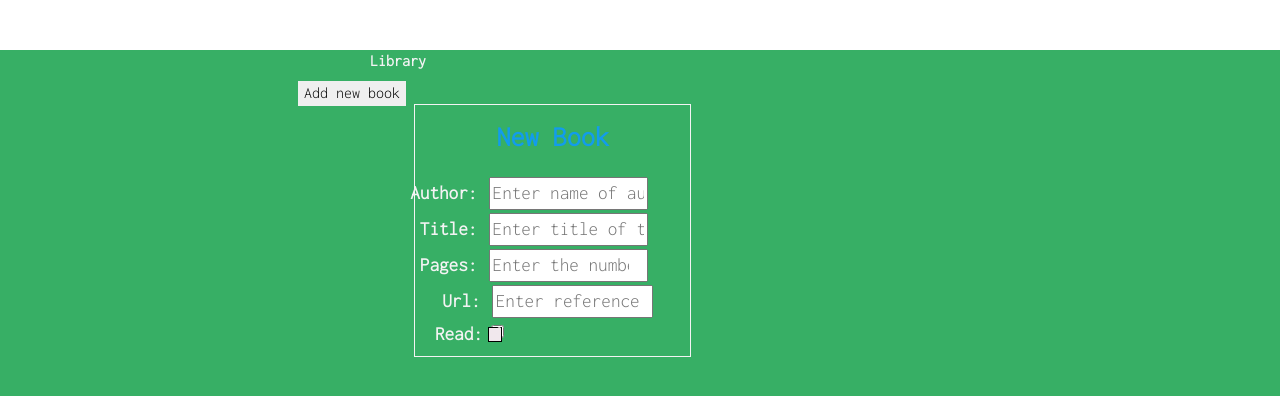
Repository: 0101chaitanya/Library
Page: index.html
These files come from the project's save history. The page is drawn as it stood at one moment and after the next save; the edit follows.
The browser window is 1280 px wide. The pictures show the whole page.

Above is the page before, as saved 2021-06-03 17:55:32.

### index.html
<!DOCTYPE html>
<html>

<head>
    <meta charset="UTF-8">
    <link rel="stylesheet" type="text/css" href="styles.css">

</head>
<div id="container">

</div>

<body>
    <script type="text/javascript" src="script.js"></script>

</body>

</html>

### styles.css
  @import url('https://fonts.googleapis.com/css2?family=Inconsolata:wght@300&display=swap');
   :root {
      --color-white: #f3f3f3;
      --color-darkblue-alpha: rgba(27, 27, 50, 0.8);
      --color-green: #37af65;
  }

  *,
  *::before,
  *::after {
      box-sizing: border-box;
  }

  body {
      font-family: 'Inconsolata', monospace;
      font-size: 1rem;
      font-weight: 1000;
      line-height: 1.4;
      color: var(--color-white);
      margin: 0;
  }

  body::before {
      content: '';
      position: fixed;
      height: 100%;
      width: 100%;
      z-index: -1;
      background: var(--color-green);
  }

  h1 {
      font-weight: 400;
      font-size: 4rem;
      margin-top: 0rem;
  }

  label {
      display: flex;
      align-items: center;
      font-size: 1.2rem;
  }

  input,
  button {
      margin: 0;
      font-size: inherit;
      font-family: inherit;
      line-height: inherit;
  }

  button {
      border: none;
  }

  #container {
      width: 100%;
      margin: 3.125rem auto 0 auto;
  }

  @media (min-width: 576px) {
      #container {
          max-width: 540px;
      }
  }

  @media (min-width: 576px) {
      #container {
          max-width: 540px;
      }
  }
  /*
  @media (max-width: 400px) {
       :root {
          font-size: 7px;
      }
  }

  @media (min-width: 401px) and (max-width: 799px) {
       :root {
          font-size: 16px;
      }
  }

  @media (min-width: 800px) {
       :root {
          font-size: 24px;
      }
  }

  @media (min-width: 1000px) {
       :root {
          font-size: 26px;
      }
  }
   */

  #newBookButton {
      position: relative;
      left: 20%;
      top: -2rem;
      left: -4.5rem;
  }

  form {
      font-size: 1.5rem;
      text-align: center;
      display: inline-flex;
      border: 0.01rem solid;
      position: relative;
      width: auto;
      top: 2rem;
      right: 4rem;
      flex-direction: column;
      align-items: center;
      justify-content: flex-start;
      text-align: flex-start;
  }

  h3 {
      position: relative;
      margin-left: 0;
      top: -1rem;
      color: rgb(18, 156, 236);
  }

  #author {
      position: relative;
      margin-bottom: 0.2rem;
      top: -1.5rem;
      left: -0.3rem;
      max-width: fit-content;
  }

  #title,
  #pages {
      position: relative;
      margin-bottom: 0.2rem;
      max-width: auto;
      top: -1.5rem;
  }

  #url {
      position: relative;
      margin-bottom: 0.2rem;
      left: 0.8rem;
      max-width: auto;
      top: -1.5rem;
  }

  #read {
      position: relative;
      margin-bottom: 0.2rem;
      right: 5.0rem;
      top: -1.5rem;
      margin-bottom: -1rem;
  }

  #authorInput {
      position: relative;
      right: -0.70rem;
      max-width: 58.0%;
  }

  #titleInput,
  #pagesInput {
      position: relative;
      right: -0.7rem;
      max-width: 60%;
  }

  #urlInput {
      position: relative;
      right: -0.7rem;
      max-width: 65.5%;
  }

  #readInput {
      position: relative;
      right: -0.5rem;
      margin-bottom: 0.4rem;
  }

  .checkMark {
      position: relative;
      display: inline-flex;
      justify-content: center;
      align-items: center;
      left: -0.5rem;
      height: 0.9rem;
      width: 0.9rem;
      border-color: black;
      border-style: solid;
      border-width: 0.01rem;
      color: rgb(241, 232, 237);
      background: rgb(241, 232, 237);
  }

  #readInput:checked~.checkMark {
      color: rgb(26, 28, 43);
      background: rgb(235, 225, 230);
  }

### script.js
let heading = document.createElement("header");
heading.textContent = 'Library';
container = document.getElementById("container");
container.appendChild(heading);
let newBook = document.createElement('button');
newBook.id = 'newBookButton';
newBook.textContent = 'Add new book';
container.appendChild(newBook);
let form = document.createElement('form');
h3 = document.createElement('h3');
form.appendChild(h3);

function createElmt(labelName, labelId, tipe, labelTextContent, inputId, inpId, req, place, checkMk) {
    labelName = document.createElement('label');
    labelName.textContent = labelTextContent;
    labelName.id = labelId;
    labelName.htmlFor = inputId;
    inputId = document.createElement('input');
    inputId.type = tipe;
    inputId.id = inpId;
    inputId.required = req;
    inputId.placeholder = place;
    if (inputId.type == 'text') {
        inputId.classList.add('textBox');
    }
    labelName.appendChild(inputId);
    if (checkMk == 'read') {
        let span = document.createElement('span');
        span.className = 'checkMark';
        span.innerHTML = '&#10003';


        labelName.appendChild(span);
    }
    form.appendChild(labelName);
}
h3.textContent = `New Book`;
createElmt('author', 'author', 'text', 'Author:', 'authorInput', 'authorInput', true, 'Enter name of author');
createElmt('title', 'title', 'text', 'Title:', 'titleInput', 'titleInput', true, 'Enter title of the book');
createElmt('pages', 'pages', 'number', 'Pages:', 'pagesInput', 'pagesInput', true, 'Enter the number of pages');
createElmt('url', 'url', 'text', 'Url:', 'urlInput', 'urlInput', false, 'Enter reference url');

createElmt('read', 'read', 'checkbox', 'Read:', 'readInput', 'readInput', false, null, 'read');
console.log('author'.id);

container.appendChild(form);
/*
let author = document.createElement('label');
author.textContent = 'Author :';
author.htmlFor = 'authorInput';
let authorInput = document.createElement('input');
authorInput.id = 'authorInput';
author.appendChild(authorInput);
document.body.appendChild(author);
 */


function setBookObj(author, title, pages, readStatus, refUrl) {
    this.author = author;
    this.title = title;
    this.pages = pages;
    this.readStatus = readStatus;
    this.refUrl = refUrl;
}

After the next save:
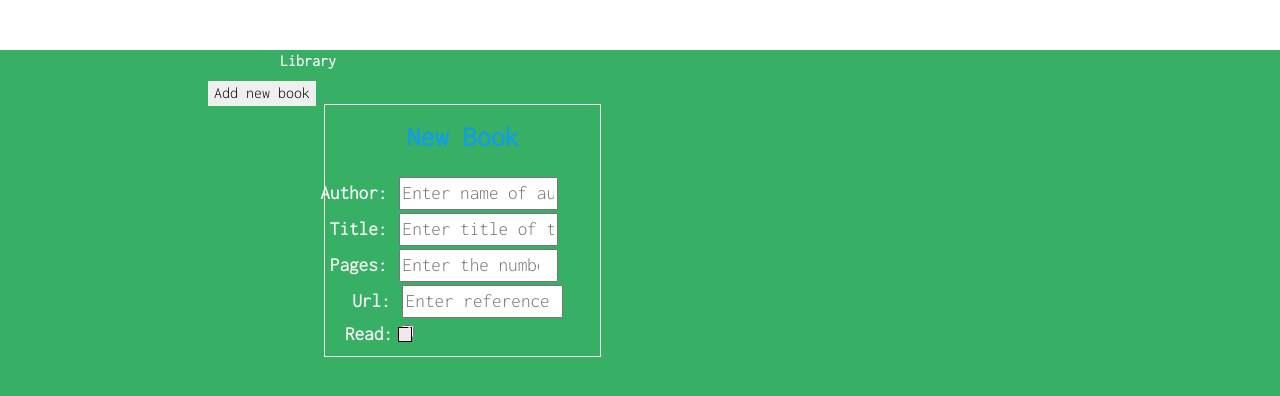
Saved 81 s later.
--- a/styles.css
+++ b/styles.css
@@ -64,9 +64,9 @@
       }
   }
 
-  @media (min-width: 576px) {
+  @media (min-width: 768px) {
       #container {
-          max-width: 540px;
+          max-width: 720px;
       }
   }
   /*
